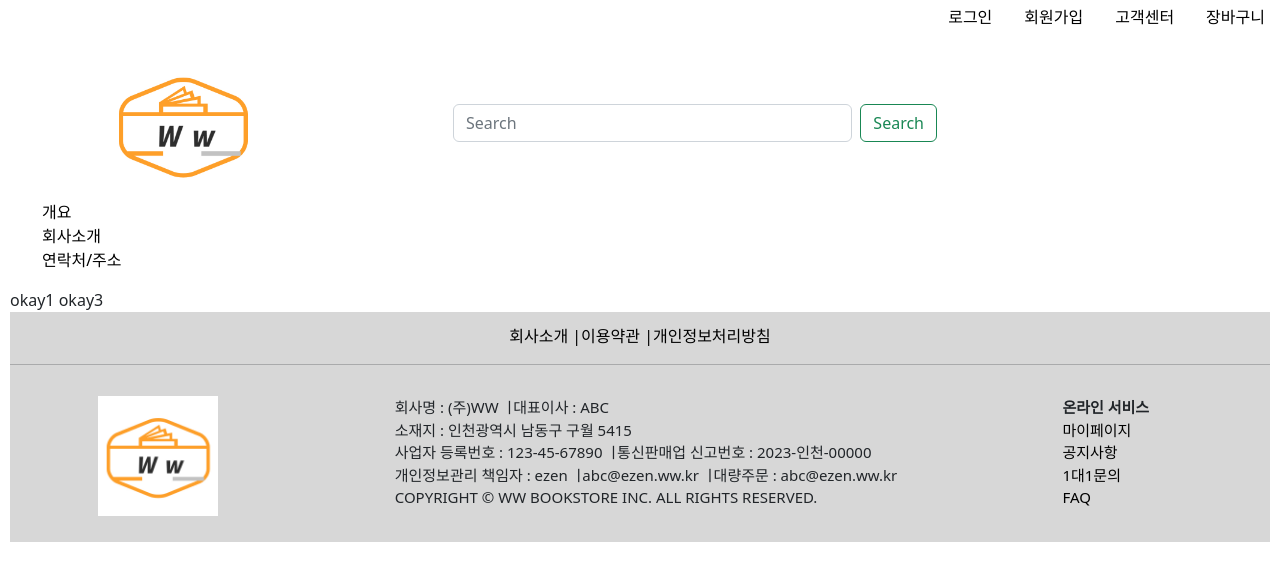
Repository: leehyeonung/project7
Page: http://localhost/book/WEB-INF/views/introduce.jsp
An editor plug-in stored every save of this project. The page is shown before and after the next save, followed by the edit.
The browser window is 1280 px wide. The pictures show the whole page.
The page is served by Tomcat 9. Nobody is signed in. Other server files are loaded and not shown. The template is opened directly, without the code that normally fills it, so the values that code supplies are empty.

Above is the page before, as saved 2023-01-07 03:47:18.

### book/src/main/webapp/WEB-INF/views/introduce.jsp
<%@ page language="java" contentType="text/html; charset=UTF-8"
    pageEncoding="UTF-8"%>
<!DOCTYPE html>
<html>
<head>
<meta charset="UTF-8">
<title>Insert title here</title>
<link rel="stylesheet" type="text/css" href="/resources/css/main.css">
<link rel="stylesheet" type="text/css" href="/resources/css/introduce.css">
</head>
<body>
<jsp:include page="./layout/header.jsp"></jsp:include>
<div class="main">
<ul>
	<li><a href="/content?content=okay1">개요</a></li>
	<li><a href="/content?content=okay2">회사소개</a></li>
	<li><a href="/content?content=okay3">연락처/주소</a></li>
</ul>
<c:forEach items="${content}" var="content">
${content}
<c:choose>
 <c:when test="${content eq	'okay1'}">
 	okay1
  </c:when>
  <c:otherwise>
  okay3
  </c:otherwise>
  </c:choose>
  </c:forEach>
</div>
<jsp:include page="./layout/footer.jsp"></jsp:include>
</body>
</html>

### book/src/main/webapp/WEB-INF/views/layout/header.jsp
<%@ page language="java" contentType="text/html; charset=UTF-8"
    pageEncoding="UTF-8"%>
<%@ taglib uri="http://java.sun.com/jsp/jstl/core" prefix="c"%>
<!DOCTYPE html>
<html>
<head>
<meta charset="UTF-8">
<title>Insert title here</title>
<!-- CSS only -->
<link href="https://cdn.jsdelivr.net/npm/bootstrap@5.2.2/dist/css/bootstrap.min.css"
rel="stylesheet" integrity="sha384-Zenh87qX5JnK2Jl0vWa8Ck2rdkQ2Bzep5IDxbcnCeuOxjzrPF/et3URy9Bv1WTRi"
crossorigin="anonymous">
<link rel="stylesheet" type="text/css" href="/resources/css/header.css">
</head>
<body>
<div class="header">
    <div class="menu">
        <c:if test="${ses.mem_id ==null}">
        <ul><a href="/mem/loginPage">로그인</a></ul>
        <ul><a href="/mem/joinPage">회원가입</a></ul>
        </c:if>
        <c:if test="${ses.mem_id == 'admin' }">
        <ul><a href="/mem/logOut">로그아웃</a></ul>
        <ul><a href="/mem/adminpage">관리인페이지</a></ul>
        </c:if>
        <c:if test="${ses.mem_id !=null && ses.mem_id !='admin' }">
        <ul><a href="/mem/logOut">로그아웃</a></ul>
        <ul><a href="/mem/mypage">마이페이지</a></ul>
        </c:if>
        <ul><a href="#">고객센터</a></ul>
        <ul><a href="#">장바구니</a></ul>
    </div>
    <div class="bar">
       <div class="logo">
         <a href="/"><img src="/resources/image/logo.jpg" alt="로고"></a>
       </div>
         <div class="searchBar">
            <form class="d-flex" role="search">
                 <input class="form-control me-2" type="search" placeholder="Search" aria-label="Search">
                 <button class="btn btn-outline-success" type="submit">Search</button>
              </form>
         </div>
       <div class="icons">
         <a href=""><i class="fa-solid fa-cart-shopping"></i></a>
            <a href=""><i class="fa-solid fa-user"></i></a>
       </div>
    </div>
</div>
</body>
</html>

### book/src/main/webapp/WEB-INF/views/layout/footer.jsp
<%@ page language="java" contentType="text/html; charset=UTF-8"
   pageEncoding="UTF-8"%>
<!DOCTYPE html>
<html>
<head>
<meta charset="UTF-8">
<title>Insert title here</title>
<link rel="stylesheet" type="text/css" href="/resources/css/footer.css">

</head>

<body>
   <div class="footer">
      <div class="footer-top">
         <ul>
            <li><a href="/introduce">회사소개 | </a></li>
            <li><a href="">이용약관 | </a></li>
            <li><a href="">개인정보처리방침</a></li>
         </ul>
      </div>
      <hr>
      <div class="address">
         <div class="footer-logo">
            <img src="/resources/image/logo.jpg" alt="로고">
         </div>
         <div class="address-box">
            <ul>
               <li>회사명 : (주)WW <span style="margin-right: -7px;">ㅣ</span>
                  대표이사 : ABC
               </li>

               <li>소재지 : 인천광역시 남동구 구월 5415</li>
               <li>사업자 등록번호 : 123-45-67890 <span style="margin-right: -7px;">ㅣ</span>
                  통신판매업 신고번호 : 2023-인천-00000
               </li>

               <li>개인정보관리 책임자 : ezen <span style="margin-right: -7px;">ㅣ</span>
                  abc@ezen.ww.kr <span style="margin-right: -7px;">ㅣ</span> 대량주문 :
                  abc@ezen.ww.kr
               </li>

               <li>COPYRIGHT © WW BOOKSTORE INC. ALL RIGHTS RESERVED.</li>

            </ul>

         </div>
         <div class="online-serviceBar">
            <strong>온라인 서비스</strong>
            <ul>
               <li><a href="">마이페이지</a></li>
               <li><a href="">공지사항</a></li>
               <li><a href="">1대1문의</a></li>
               <li><a href="">FAQ</a></li>
            </ul>
         </div>
      </div>
   </div>

</body>
</html>

### book/src/main/webapp/resources/css/main.css
@charset "UTF-8";

.main{
	width:1260px;
	margin: 0 auto;
}

### book/src/main/webapp/resources/css/introduce.css
@charset "UTF-8";
.intro{
   display: flex;
   justify-content: flex-start;
}

### book/src/main/webapp/resources/css/header.css
body{
    margin:0 auto;
}
.header{
	margin:0 auto;
    width: 1260px;
    height: 200px;
   /*  background-color: pink; */
}
.menu{
   display: flex;
   justify-content: flex-end;
   padding:5px;

}
.logo{
    width: 150px;
    height: 150px;
    background-color: blue;
}
.logo>a>img{
    width: 150px;
    height: 150px;
}
.searchBar{
   /* position:absolute; */
    width: 484px;
    height: 42px;
    /* background-color: gold; */
    margin-top:54px;
    border-radius: 30px;

}
.bar{

   height: 150px;
   display: flex;
   flex-direction: row;
   flex-wrap:nowrap;
   justify-content:space-around;
/*    align-items: baseline; */


}
i{
    font-size: 42px;
    color: black;
    margin-top:54px;
    margin-right: 20px;
}
</style>

### book/src/main/webapp/resources/css/footer.css
.footer {
   width: 1260px;
   height: 230px;
   background-color: rgba(175, 175, 175, 0.5);
   margin: 0 auto;
}

.footer-logo {

   width: 120px;
   height: 120px;
   background-color: beige;
}
.footer-logo>img{
   width: 120px;
   height: 120px;
}

.address-box {
   text-align: left;
   padding: 0;
   margin: 0;
}

.address {
   padding: 15px;
   height: 150px;
   display: flex;
   font-size: 15px;
   /* align-items: baseline; */
   flex-direction: row;
   flex-wrap: nowrap;
   justify-content: space-around;
}

ul {
   list-style: none;
}

.footer, .address li {

}

.footer-top {
   text-align: center;
   padding-top: 12px;
}

.footer-top>ul {
   margin: 0;
   padding: 0;
   display: flex;
   justify-content: center;
}

.footer-top>li {
   margin: 0;
   padding: 0;
}

a {
   text-decoration-line: none;
   color: black;
}

a:visited {
   text-decoration: none;
}

a:hover {
   text-decoration: none;
}

a:focus {
   text-decoration: none;
}

a:hover, a:active {
   text-decoration: none;
}

.online-serviceBar {
   padding: 0px;
   margin-left: 20px;
   width: 120px;
   height: 120px;
}

.online-serviceBar>ul {
   margin: 0px;
   padding: 0px;
}

</style>

After the next save:
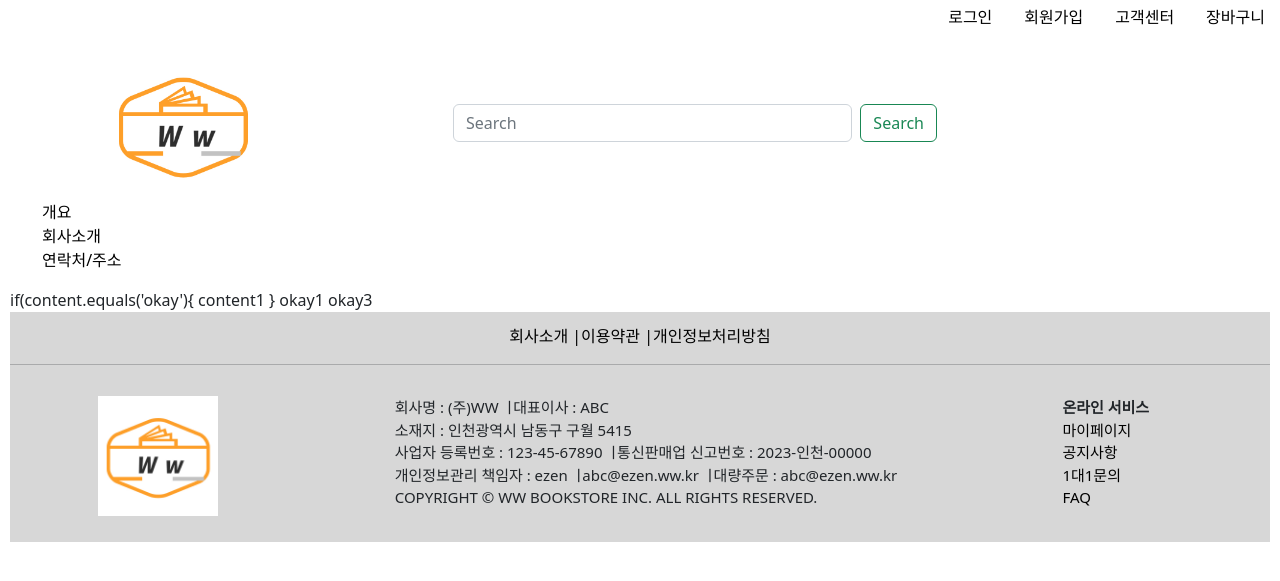
Saved 41 s later.
--- a/book/src/main/webapp/WEB-INF/views/introduce.jsp
+++ b/book/src/main/webapp/WEB-INF/views/introduce.jsp
@@ -18,6 +18,11 @@
 </ul>
 <c:forEach items="${content}" var="content">
 ${content}
+
+if(content.equals('okay'){
+content1
+}
+
 <c:choose>
  <c:when test="${content eq	'okay1'}">
  	okay1
